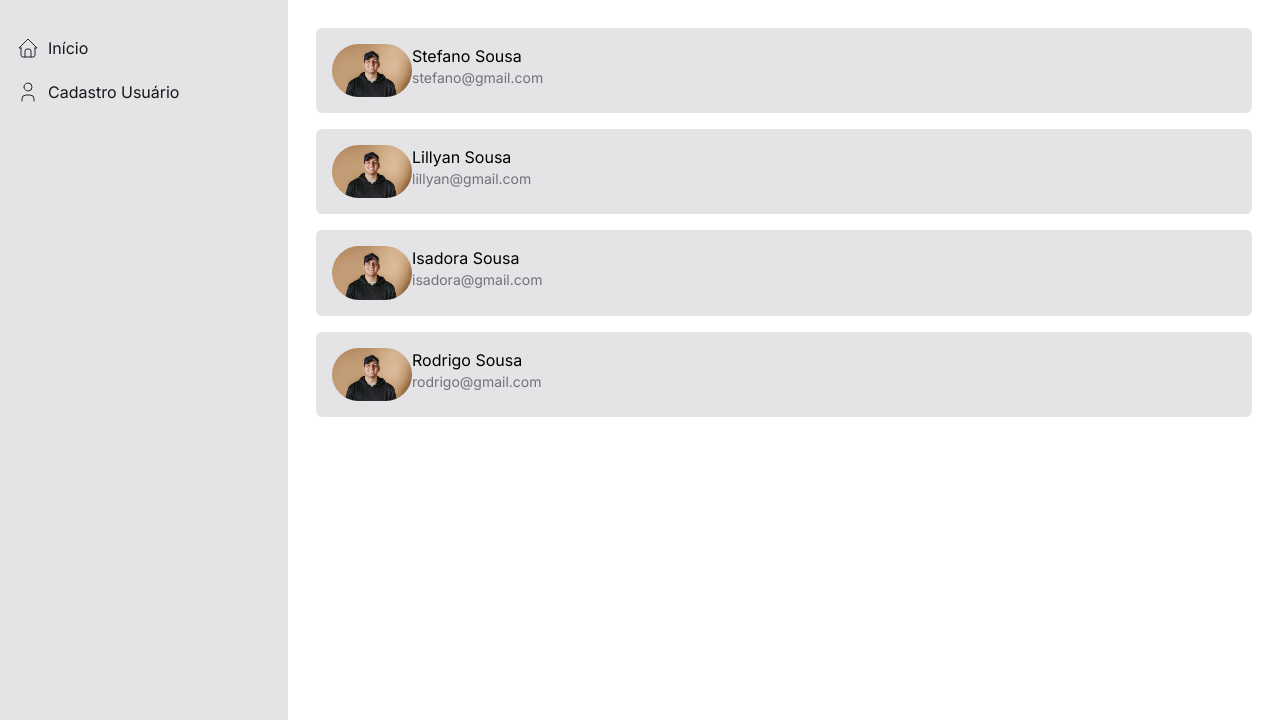
Repository: stefanosousaa/app-bd
Page: /usuarios
An editor plug-in stored every save of this project. The page is shown before and after the next save, followed by the edit.
The browser window is 1280 px wide. The pictures show the whole page.
The project was rebuilt for these pictures with package versions that can differ from the ones it lists, and the page was loaded fresh each time. The framework's server and built-in components were replaced by stand-ins that run in the browser. Also part of the build but not shown: next.config.mjs.

Above is the page before, as saved 2024-05-25 23:46:28.

After the next save:
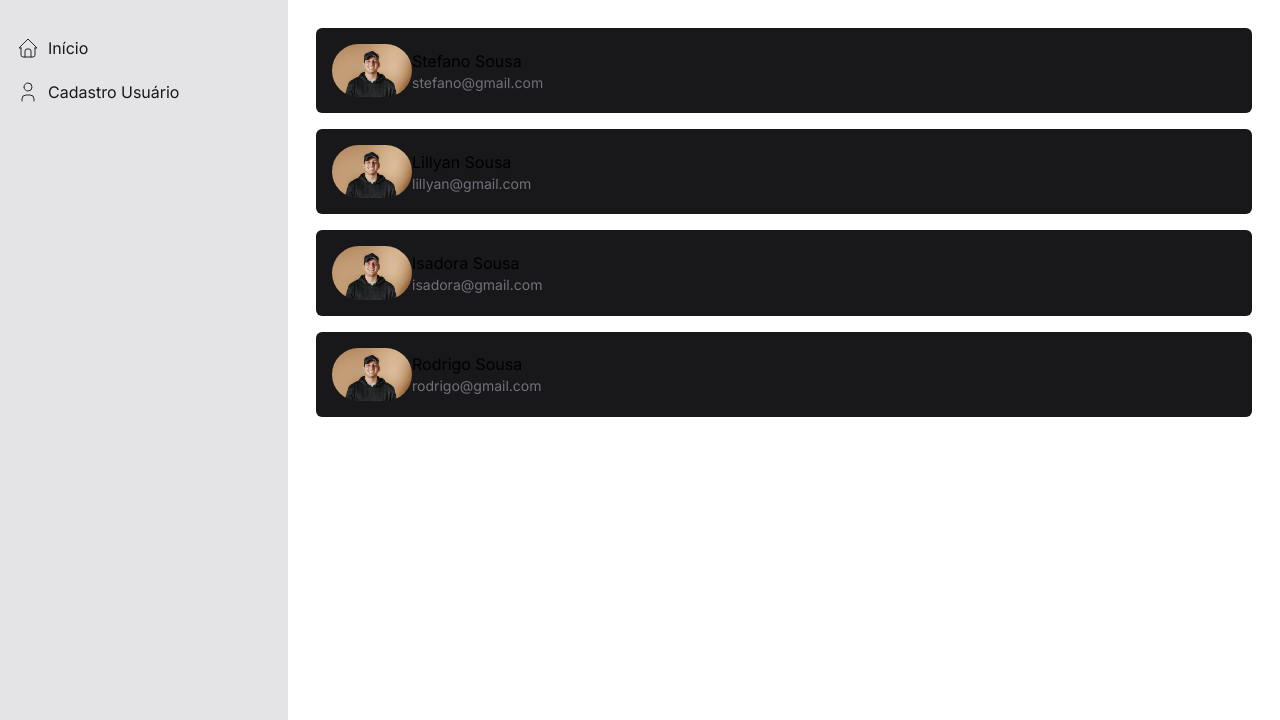
Saved 91 s later.
--- a/src/app/components/usuario/LinhaUsuario.tsx
+++ b/src/app/components/usuario/LinhaUsuario.tsx
@@ -7,7 +7,7 @@ export interface LinhaUsuarioProps {
 
 export default function LinhaUsuario(props: LinhaUsuarioProps){
     return(
-        <div className="flex p-4 bg-zinc-200 rounded-md">
+        <div className="flex bg-zinc-900 items-center p-4 bg-zinc-200 rounded-md">
             <Image
             src="data:[embedded picture, 6063 characters]"
             width={80}
